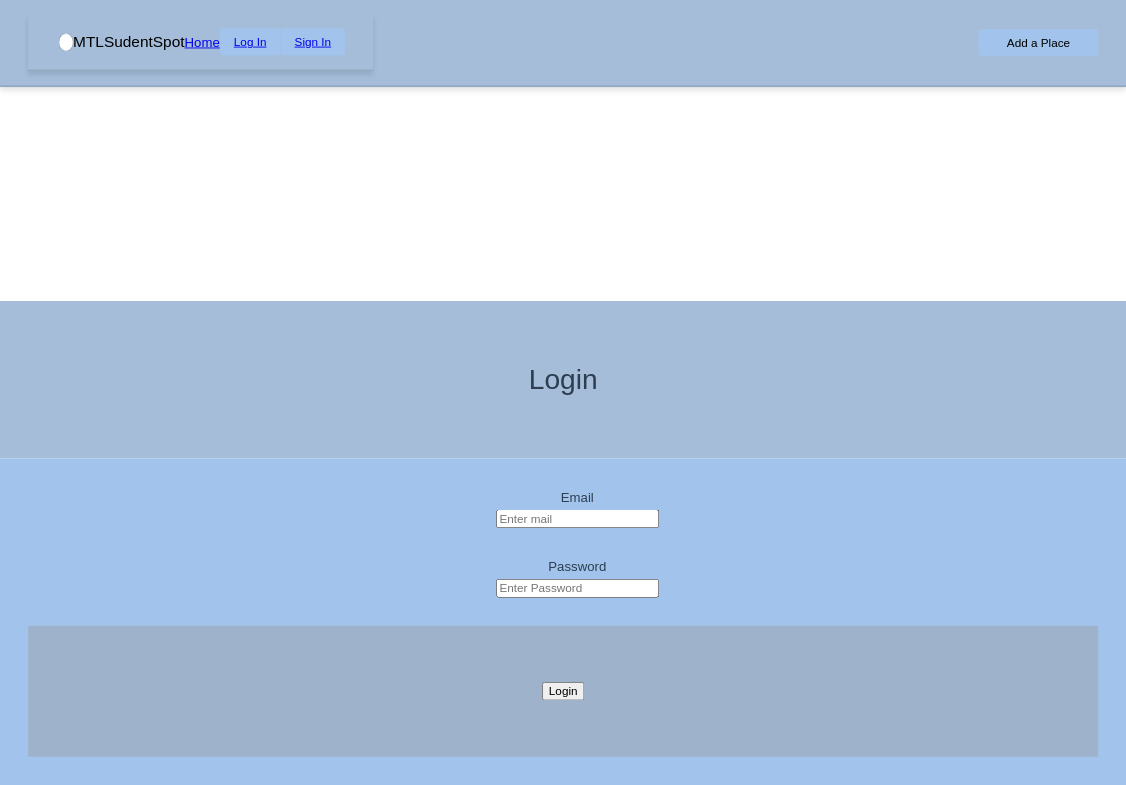
Repository: KevMn6ix/MOD8-2232-GRA-Damois-Leroi--Morant-Munto
Page: /login (app in client/)
The author's editor kept a copy of each file at every save. The page is drawn from the files as they stood at one save, then again after the next save.
The browser window is 1280 px wide. The pictures show the whole page, at 88% of full size.
The project was rebuilt for these pictures with package versions that can differ from the ones it lists, and the page was loaded fresh each time. Also part of the build but not shown: client/vite.config.js, client/src/components/HelloWorld.vue, client/src/components/NavBar.vue, client/src/components/RowLandingPage.vue, client/src/components/PlaceItem.vue, client/src/components/PlaceList.vue.

Above is the page before, as saved 2023-10-18 13:11:03.

### client/index.html
<!DOCTYPE html>
<html lang="en">
  <head>
    <meta charset="UTF-8">
    <link rel="icon" href="/favicon.ico">
    <link href="https://cdnjs.cloudflare.com/ajax/libs/font-awesome/5.15.3/css/all.min.css" rel="stylesheet">

    <meta name="viewport" content="width=device-width, initial-scale=1.0">
    <title>Vite App</title>
  </head>
  <body>
    <div id="app"></div>
    <script type="module" src="/src/main.js"></script>
  </body>
</html>

### client/src/assets/main.css
@import './base.css';
/*
#app {
  max-width: 1280px;
  margin: 0 auto;
  padding: 2rem;

  font-weight: normal;
}

a,
.green {
  text-decoration: none;
  color: hsla(160, 100%, 37%, 1);
  transition: 0.4s;
}

@media (hover: hover) {
  a:hover {
    background-color: hsla(160, 100%, 37%, 0.2);
  }
}

@media (min-width: 1024px) {
  body {
    display: flex;
    place-items: center;
  }

  #app {
    display: grid;
    grid-template-columns: 1fr 1fr;
    padding: 0 2rem;
  }
}
*/
@media (prefers-color-scheme: dark) {
  button {
    color:black;
  }
  input {
    color: white;
    background-color: black;
  }
}

### client/src/App.vue
<script setup>
import { RouterLink, RouterView } from 'vue-router'
import HelloWorld from './components/HelloWorld.vue'
</script>

<template >
  <RouterView />

</template>

<style scoped>
template {
  display: flex;
  flex-direction: column;
}

header {
  line-height: 1.5;
  max-height: 100vh;
}

.logo {
  display: block;
  margin: 0 auto 2rem;
}

nav {
  width: 100%;
  font-size: 12px;
  text-align: center;
  margin-top: 2rem;
}

nav a.router-link-exact-active {
  color: var(--color-text);
}

nav a.router-link-exact-active:hover {
  background-color: transparent;
}

nav a {
  display: inline-block;
  padding: 0 1rem;
  border-left: 1px solid var(--color-border);
}

nav a:first-of-type {
  border: 0;
}

@media (min-width: 1024px) {
  header {
    display: flex;
    place-items: center;
    padding-right: calc(var(--section-gap) / 2);
  }

  .logo {
    margin: 0 2rem 0 0;
  }

  header .wrapper {
    display: flex;
    place-items: flex-start;
    flex-wrap: wrap;
  }

  nav {
    text-align: left;
    margin-left: -1rem;
    font-size: 1rem;

    padding: 1rem 0;
    margin-top: 1rem;
  }
}
</style>

### client/src/router/index.js
import { createRouter, createWebHistory } from 'vue-router'
import HomeView from '../views/HomeView.vue'

const router = createRouter({
  history: createWebHistory(import.meta.env.BASE_URL),
  routes: [
    {
      path: '/',
      name: 'home',
      component: HomeView
    },
    {
      path: '/about',
      name: 'about',
      // route level code-splitting
      // this generates a separate chunk (About.[hash].js) for this route
      // which is lazy-loaded when the route is visited.
      component: () => import('../views/AboutView.vue')
    },
    {
      path: '/login',
      name: 'login',

      component: () => import('../views/LoginPage.vue')
    },
    {
      path: '/register',
      name:'register',

      component: () => import('../views/RegisterPage.vue')
    },
    {
      path: '/places/:types',
      name: 'PlacesList',

      component: () => import('../views/PlaceListView.vue')
    },
    {
      path: '/places/review/:id',
      name : 'review',

      component: () => import('../views/PlaceReview.vue')
    },
    {

      path: '/places/:types/:id',
      name: 'PlacePage',

      component: () => import('../views/PlacesPage.vue')

    },
    {
      path: '/places/add',
      name: 'AddPlace',

      component: () => import('../views/AddPageView.vue')
    }
  ]
})

export default router

### client/src/views/HomeView.vue
<script setup>
import { ref } from 'vue'
import NavBar from '../components/NavBar.vue';
import RowLandingPage from '../components/RowLandingPage.vue';
import PlaceList from '../components/PlaceList.vue';
import { RouterLink} from 'vue-router'
import UsePlaceService from '../../server/services/places-service.js';
const userInput = ref('');
const placeService = UsePlaceService();
console.log(placeService.findPlaces())
const tempListPlace = placeService.findPlace()
console.log(tempListPlace)
</script>

<template>
  <header>
    <NavBar @user-input="(termInputed) => {userInput = termInputed;}"/>
  </header>

  <main id="home-body">
    <div v-if="userInput === ''">
    <h1>
      Visit the most beautiful places with MTL<br>Student Spot !
    </h1>
    <ul id="browse">
      <li id="travel"><RouterLink :to="{name : 'PlacesList', params : {types: 'travel'}}"><RowLandingPage textId="travel" textTitle="Travel"/></RouterLink></li>
      <li id="restaurant"><RouterLink :to="{name : 'PlacesList', params : {types: 'restaurants'}}"><RowLandingPage textId="restaurant" textTitle="Restaurant"/></RouterLink></li>
      <li id="activity"><RouterLink :to="{name : 'PlacesList', params : {types: 'activities'}}"><RowLandingPage textId="activity" textTitle="Activity"/></RouterLink></li>
  </ul>
  </div>
  <div v-else id="research">
    <PlaceList :searchTerms="userInput" :placeArray="placeService.findPlaces()"/>
  </div>
  </main>
  <footer>
    <a href="#" aria-label="SoundCloud">
        <i class="footer-icon">🎵</i>  <!-- Emoji used as placeholder for your icons -->
    </a>
    <a href="#" aria-label="Twitter">
        <i class="footer-icon">🐦</i>  <!-- Emoji used as placeholder for your icons -->
    </a>
    <a href="#" aria-label="YouTube">
        <i class="footer-icon">▶️</i>  <!-- Emoji used as placeholder for your icons -->
    </a>
    <a href="#" aria-label="Instagram">
        <i class="footer-icon">📷</i>  <!-- Emoji used as placeholder for your icons -->
    </a>
    <a href="#" aria-label="Facebook">
        <i class="footer-icon">📘</i>  <!-- Emoji used as placeholder for your icons -->
    </a>
  </footer>

</template>
<style >
body, html {
    font-family: Arial, sans-serif;
    margin: 0;
    padding: 0;
}

:root {
    --color-background-header: #A5BDD9;
    --color-background-default: #A5BDD9;
    --color-background-travel: #a2c4ec;
    --color-background-activity: #9EB3CB;
    --text-color-default: #000;
    --text-navbar-color-default: #FFF;
    --color-navbar: #FFF;
    --color-input: #A5BDD9;
    --button-border: #312e2e;
}

/* Dark Mode Variables */
@media (prefers-color-scheme: dark) {
    :root {
        --color-background-header: #A5BDD9;  /* Adjusted for contrast in dark mode */
        --text-color-default: #FFF;
        --text-navbar-color-default: #000;
        --color-navbar: #312e2e;
        --color-input: #FFF;
        --button-border: #FFF;
        /* The blue shades remain the same as you wanted */
    }
}

/* Header styles */
header {
    display: flex;
    justify-content: space-between;
    align-items: center;
    padding: 1rem 2rem;
    background-color: var(--color-background-header);
    color: var(--text-color-default);
    box-shadow: 0 4px 6px rgba(0, 0, 0, 0.1);
    border-bottom: 2px solid rgba(0, 0, 0, 0.1);
}

header > div:last-child {
    display: flex;
    gap: 1rem;

    a, button {
        padding: 0.5rem 1rem;
        border-radius: 0.25rem;
        transition: background-color 0.3s ease;
        text-decoration: none;
    }

    button {
        background-color: var(--color-background-travel);
        color: #FFF;
        border: none;
        cursor: pointer;
    }

    a {
        color: var(--text-color-default);
    }

    button:hover, a:hover {
        background-color: #7faedc;
    }
}

/* Main content styles */
main {
    background-color: var(--color-background-default);
    text-align: center;
    padding: 2rem 0;
    color: var(--text-color-default);
}

#home-body {

    background-image: url('../assets/montrealbynight.jpg');
    background-size: 1520px;
    background-repeat: repeat;
    background-position: 30%;
    position: relative;
    z-index: 1;
}

#home-body::before {
    content: '';
    display: block;
    position: absolute;
    top: 0;
    right: 0;
    bottom: 0;
    left: 0;
    background-color: rgba(2, 7, 16, 0.84);
    z-index: -1;
}

h1 {
    font-size: 2.5rem;
    margin-bottom: 2rem;
    color: white;
}

ul#browse {
    list-style: none;
    padding: 0;
    display: flex;
    flex-direction: column;
    margin: 0;
}

ul#browse li {
  padding: 0;
  margin: 0px;
  border: 5px solid white;
  border-bottom: 0px;
  transition: background-color 0.3s ease;
  height: 350px;
  background-size: cover;
  display: flex;
  justify-content: center;
  align-items: center;
  font-weight: bold;

}

ul#browse li#activity{

    border-bottom: 5px solid white;

}

ul#browse li > * {
    color: black;
    font-weight: bold;
    width: 100%;
    text-align: center;
}

#travel > *{
    text-align: left;
}

#restaurant > *{
    text-align: right;
}


#restaurant, #travel, #activity {
    background-size: cover;
    position: relative;
}

#restaurant::before, #travel::before, #activity::before {

    content: "";
    position: absolute;
    top: 0;
    right: 0;
    bottom: 0;
    left: 0;
    background-color: inherit;
    opacity: 0.40;
    pointer-events: none;
}


#restaurant {
    background-image: url('../assets/restaurant.jpg');
    background-color: var(--color-background-default);
    background-position: center;
    justify-content: flex-end;
}

#travel {
    background-image: url('../assets/travel.jpg');
    background-color: var(--color-background-travel);
    background-position: center;
    justify-content: flex-start;
}

#activity {
    background-image: url('../assets/jetski.jpg');
    background-color: var(--color-background-activity);
    background-position: center;
    justify-content: flex-start;

}

/* Add hover effects */
ul#browse li:hover {
    background-color: rgba(0, 0, 0, 0.1);
}

/* Footer styles */
footer {
  z-index: 1000;
    display: flex;
    justify-content: space-around;
    align-items: center;
    bottom: 0;

    left: 0;
    width: 100%;
    background-color: #1a1a1a;
    padding: 10px 0;
}

.footer-icon {
    font-size: 24px;
    color: white;
    transition: 0.3s;
}

footer a:hover .footer-icon {
    color: #A5BDD9;
}

/* Media Queries for screen size */
@media screen and (max-width: 768px) {  /* For tablets */
    header {
        flex-direction: column;
    }

    ul#browse {
        gap: 0.5rem;
    }

    footer {
        flex-wrap: wrap;
    }
}

@media screen and (max-width: 480px) {  /* For mobile phones */
    header > div {
        flex-direction: column;
        gap: 0.5rem;
    }

    h1 {
        font-size: 2rem;
    }

    ul#browse li {
        padding: 0.5rem 0;
    }

    footer {
        flex-direction: column;
    }
}
</style>

### client/src/views/LoginPage.vue
<script setup>
import Login from '../components/Login.vue'
import BarOutsideHome from '../components/BarOutsideHome.vue';
</script>

<template>
<header>
    <BarOutsideHome/>
</header>
    <Login />
</template>

<style>

</style>

### client/server/services/places-service.js
let id = 0;
const placeList = [
  {Id: ++id, Type: "restaurant", Title: "Brutopia", Address: "888 rjij", Rating: 4, HygieneRating: 5, AmbianceRating: 3, PriceRating: 5, Picture: "https://css-tricks.com/wp-content/uploads/2018/10/align-items.svg"},
  {Id: ++id, Type: "activity",Title: "cheval blanc", Address: "56656 fd", Rating: 3, HygieneRating: 3, AmbianceRating: 4, PriceRating: 2},
  {Id: ++id, Type: "travel",Title: "nyx", Address: "86 sfd", Rating: 3, HygieneRating: 4, AmbianceRating: 4, PriceRating: 2},
  {Id: ++id, Type: "restaurant",Title: "bnyx", Address: "86 sfd", Rating: 3, HygieneRating: 4, AmbianceRating: 4, PriceRating: 2, Picture:"https://cdn4.buysellads.net/uu/1/134955/1685040267-designdotdev5.jpg"}
]

let idRating = 0
const PlaceRating = [
    {Id: ++idRating, IdPlace: 2, HygieneRating: 3, AmbianceRating: 4, PriceRating: 2, CommentRate:"Nice place."},
    {Id: ++idRating, IdPlace: 1, HygieneRating: 5, AmbianceRating: 3, PriceRating: 5, CommentRate:"I like to go there."},
    {Id: ++idRating, IdPlace: 4, HygieneRating: 4, AmbianceRating: 4, PriceRating: 2, CommentRate:"They cook my favorite food."},
    {Id: ++idRating, IdPlace: 3, HygieneRating: 4, AmbianceRating: 4, PriceRating: 2, CommentRate:"I went there while visiting."}
]


function findPlaces() {
    return placeList
}

function findPlace(id) {
    for (let place of placeList) {
        if (place.Id == id) {
            return place
        }

    }
    return null
}

function sumAmbiance(listOfRatings) {
    let res = 0;
    for (let rating of listOfRatings) {
        res += rating.AmbianceRating;
    }
    console.log(res)
    return res;
}

function sumHygiene(listOfRatings) {
    let res = 0;
    for (let rating of listOfRatings) {
        res += rating.HygieneRating;
    }

    return res;
}
function sumPrice(listOfRatings) {
    let res = 0;
    for (let rating of listOfRatings) {
        res += rating.PriceRating;
    }
    console.log(res)
    return res;
}

function findRatingsAbout(id) {
    /*console.log(PlaceRating)*/
    return PlaceRating.filter((rating) => {  return rating.IdPlace == id});
}

function actualiseRating(id) {
    const place = findPlace(id);
    console.log(findRatingsAbout(id))
    place.AmbianceRating = Math.round(sumAmbiance(findRatingsAbout(id))/(findRatingsAbout(id).length))
    place.PriceRating = Math.round(sumPrice(findRatingsAbout(id))/(findRatingsAbout(id).length))
    place.AmbianceRating = Math.round(sumHygiene(findRatingsAbout(id))/(findRatingsAbout(id).length))
    place.Rating = Math.round((place.AmbianceRating + place.HygieneRating + place.PriceRating)/3);
}

function addRating(idPlace, hygieneRating, ambianceRating, priceRating, commentRate) {
    /*
    console.log("^^^^^^^^^^^^^^^^^^^^^^^^")
    console.log(idPlace)
    console.log("^^^^^^^^^^^^^^^^^^^^^^^^^^^^")
    */
   const newRating = {}
   newRating["Id"] = idRating++
   newRating["IdPlace"] = placeList[idPlace - 1].Id
   newRating["HygieneRating"] = hygieneRating
   newRating["AmbianceRating"] = ambianceRating
   newRating["PriceRating"] = priceRating
   newRating["CommentRate"] = commentRate
    PlaceRating.push(newRating)
    /*
    console.log("#################")
    console.log(PlaceRating[idRating - 1].IdPlace)
    console.log("##############################")
    */
    actualiseRating(idPlace)
}


function findRatings() {
    return PlaceRating
}

function findRating(id) {
    for (let rating of PlaceRating) {
        if (rating.Id == id) {
            return rating
        }

    }
    return null
}





function addPlace(title, address, type, picture) {
    const newPlace = {}
    newPlace["Id"] =id++
    newPlace["Type"] =type
    newPlace["Title"] =title
    newPlace["Address"] =address
    newPlace["Rating"] =0
    newPlace["HygieneRating"] =0
    newPlace["AmbianceRating"] =0
    newPlace["PriceRating"] =0
    newPlace["Picture"] =picture
    placeList.push(newPlace)
}


export default function UsePlaceService () {
    return {
    findPlaces,
    findPlace,
    addPlace,
    findRatings,
    findRating,
    addRating,
    findRatingsAbout
}}

### client/src/components/Login.vue
<script>
import AuthentificationService from '@/services/AuthentificationService';

export default {
    name: 'LoginForm',
    data() {
        return {
            email: '',
            password: '',
        };
    },
    methods : {
        async login () {
            const response = await AuthentificationService.login({
                email: this.email,
                password: this.password
            })
            console.log(response)
        }
    }

}

</script>

<template>
    <div class="title-container">
        <h1>Visit the most beautiful places with MTL Student Spot</h1>
    </div>

    <div class="login-container">
        <h2>Login</h2>
    </div>

    <form class="form-container" @submit.prevent="login" >
        <div class="input-pair">
            <label for="">Email</label>
            <input type="text" placeholder="Enter mail">
        </div>

        <div class="input-pair">
            <label for="">Password</label>
            <input type="text" placeholder="Enter Password">
        </div>

        <div class="button-container">
            <button class="submit">Login</button>
        </div>
    </form>


</template>

<style scoped >

.title-container h1{
    padding: 5rem;
    font-size: 2rem;
    text-align: center;
}

.login-container {
    background-color: #A5BDD9;
    padding: 4rem;
    text-align: center;
}

h2{
    font-size: 2rem;
}

.form-container{
    background-color: #a2c4ec;;
    display: flex;
    flex-direction: column;
    padding: 2rem;
    gap: 2rem;
}

.input-pair{
    display: flex;
    flex-direction: column;
    align-items: center;
    padding-left: 2rem;
    gap: 0.1rem;
}


.button-container {
    background-color: #9EB3CB;
    padding: 4rem ;
    display: flex;
  justify-content: center;
  align-items: center;
}

@media (prefers-color-scheme: dark) {
    .login-container {
        background-color: #a5bdd957;
    }
    .form-container {
        background-color: #a2c4ec75;
    }
    .button-container {
        background-color: #9eb3cb48;
    }
}

</style>

### client/src/components/BarOutsideHome.vue
<script setup>
import { ref } from 'vue'
import LoginPage from '../views/LoginPage.vue'
import { RouterLink } from 'vue-router';
import TheSubHeader from './TheSubHeader.vue';
const emit = defineEmits(['user-input'])
const UserInput = ref('')
function sendUserInput() {
    console.log(UserInput.value)
    emit('user-input', UserInput.value)
}
</script>
/** This component is the bar at the top of the screen */
<template>
    <nav id="head-bar">
        <img src="../assets/logoMTL.png">
        <h3>
            MTLSudentSpot
        </h3>
        <RouterLink to="/">
            Home
        </RouterLink>
        <div>
        <button>
            <router-link to='/login'>Log In</router-link>
        </button>
        <button>
            <router-link to="/register">Sign In</router-link>
        </button>
    </div>
</nav>
<div id="sub-header">
<TheSubHeader/></div>
</template>
<style scoped>
#head-bar {
    display: flex;

    align-items: center;
    padding: 1rem 2rem;
    background-color: var(--color-background-header);
    color: var(--text-color-default);
    box-shadow: 0 4px 6px rgba(0, 0, 0, 0.1);
    border-bottom: 2px solid rgba(0, 0, 0, 0.1);
}

button {
    background-color: var(--color-background-travel);
    color: #FFF;
    border: none;
    padding: 0.5rem 1rem;
    border-radius: 0.25rem;
    cursor: pointer;
    transition: background-color 0.3s ease;
}

button:hover {
    background-color: #7faedc;
}

img {
    height: 20px;
    width: 16px;
    margin-left: 3px;
}

input {
    flex-grow: 3;
    padding: 0.5rem;
    border: none;
    border-radius: 0.25rem;
    background-color: var(--color-background-default);
    color: var(--text-color-default);
    margin: 0 1rem;
}

#sub-header {
    text-align: center;
}
</style>

### client/src/components/TheSubHeader.vue
<script setup>
import { RouterLink } from 'vue-router';
</script>
<template>
    <button>
      <RouterLink to="/places/add"> Add a Place</RouterLink>
    </button>
</template>
<style scoped>
:root {
  --light-color-background-restaurant: #A5BDD9;
    --light-color-background-travel: #a2c4ec;
    --light-color-background-activity: #9EB3CB;
    --dark-color-background-restaurant: #a2c4ec9d;
    --dark-color-background-travel: #a5bdd971;
    --dark-color-background-activity: #9eb3cb0e;
    --color-background-restaurant: var(--light-color-background-restaurant);
    --color-background-travel: var(--light-color-background-travel);
    --color-background-activity: var(--light-color-background-activity);
    @media (prefers-color-scheme: dark) {
      --color-background-restaurant: var(--dark-color-background-restaurant);
        --color-background-travel: var(--dark-color-background-travel);
        --color-background-activity: var(--dark-color-background-activity);
    }
}
p {
    min-width: 333px;
    text-align: center;
    size: 50%;
    padding: 0;
    margin: 0;
}
</style>

### client/src/services/AuthentificationService.js
import Api from "./Api"

export default {
    register (creditentials) {
        return Api().post('register', creditentials)
    },

    login(creditentials) {
        return Api().post('login', creditentials)
    }
}

// AuthentificationService.register({
//   email: 'testing@gmail.com',
//   password: '123456'
//  })

Loaded but not shown: client/src/main.js (common file); client/src/assets/base.css (common file); client/src/services/Api.js (common file)

After the next save:
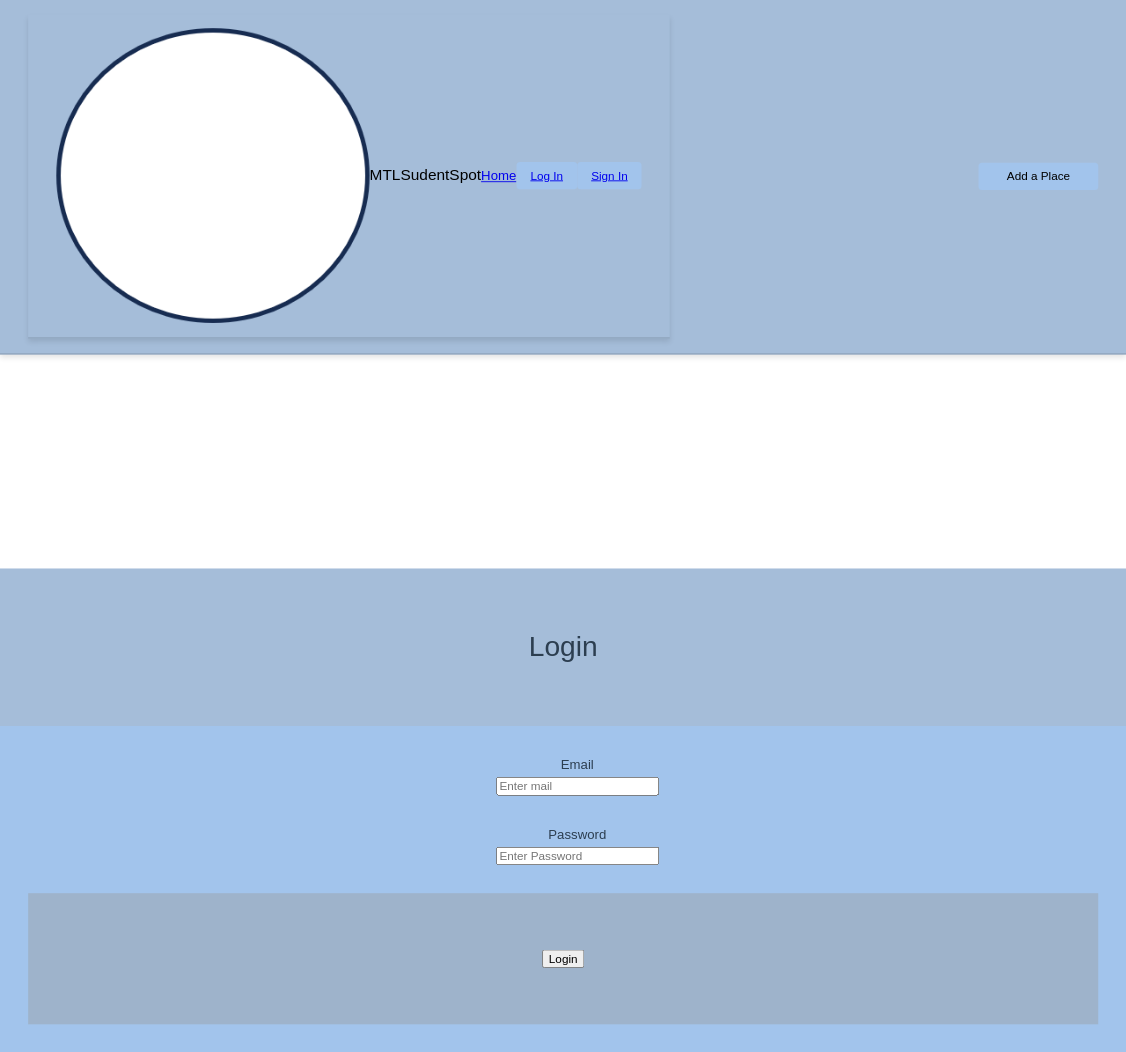
Saved 15 s later.
--- a/client/src/components/BarOutsideHome.vue
+++ b/client/src/components/BarOutsideHome.vue
@@ -35,7 +35,7 @@
 <style scoped>
 #head-bar {
     display: flex;
-
+    justify-content: space-between;
     align-items: center;
     padding: 1rem 2rem;
     background-color: var(--color-background-header);
@@ -58,11 +58,6 @@
     background-color: #7faedc;
 }
 
-img {
-    height: 20px;
-    width: 16px;
-    margin-left: 3px;
-}
 
 input {
     flex-grow: 3;

After the save that followed:
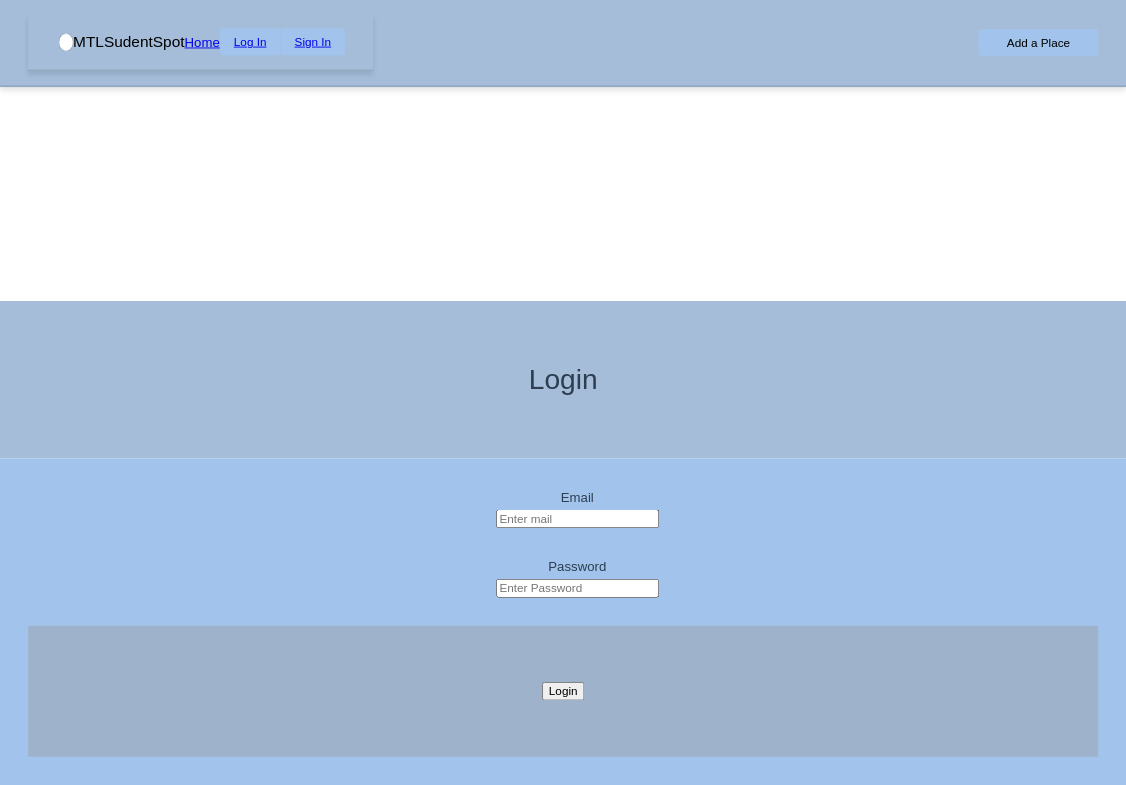
Saved 5 s later.
--- a/client/src/components/BarOutsideHome.vue
+++ b/client/src/components/BarOutsideHome.vue
@@ -58,16 +58,13 @@
     background-color: #7faedc;
 }
 
+img {
+    height: 20px;
+    width: 16px;
+    margin-left: 3px;
+}
 
-input {
-    flex-grow: 3;
-    padding: 0.5rem;
-    border: none;
-    border-radius: 0.25rem;
-    background-color: var(--color-background-default);
-    color: var(--text-color-default);
-    margin: 0 1rem;
-}
+
 
 #sub-header {
     text-align: center;
